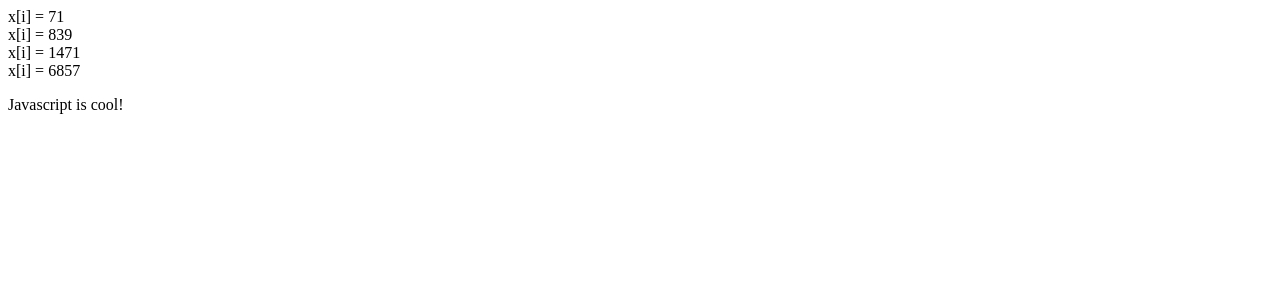
Repository: gregpuzzles1/workspace
Page: Javascript/WebContent/Euler-Javascript.html
An editor plug-in stored every save of this project. The page is shown before and after the next save, followed by the edit.
The browser window is 1280 px wide. The pictures show the whole page.

Above is the page before, as saved 2012-10-31 21:42:02.

After the next save:
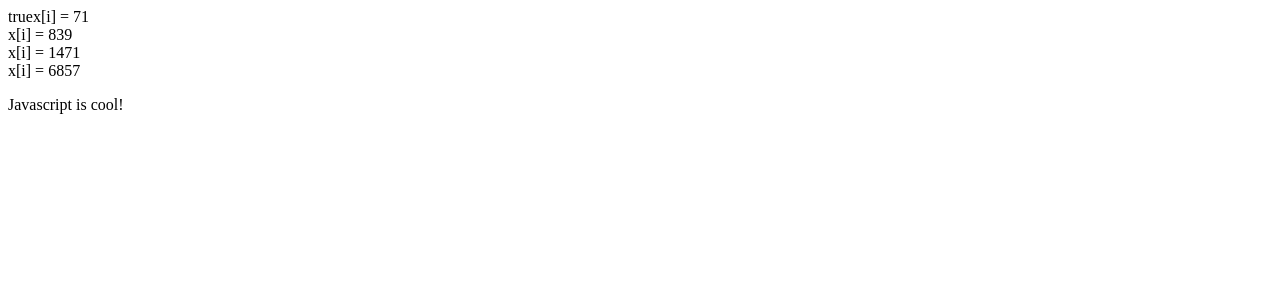
Saved 35 s later.
--- a/Javascript/test.js
+++ b/Javascript/test.js
@@ -1,6 +1,7 @@
 var number = 600851475143;
 var x = new Array;
 x = getListOfPrimes(number);
+document.write(isPrime(5));
 
 for(var i = 0; i <= x.length; i++){
 	if(number % x[i] == 0){
